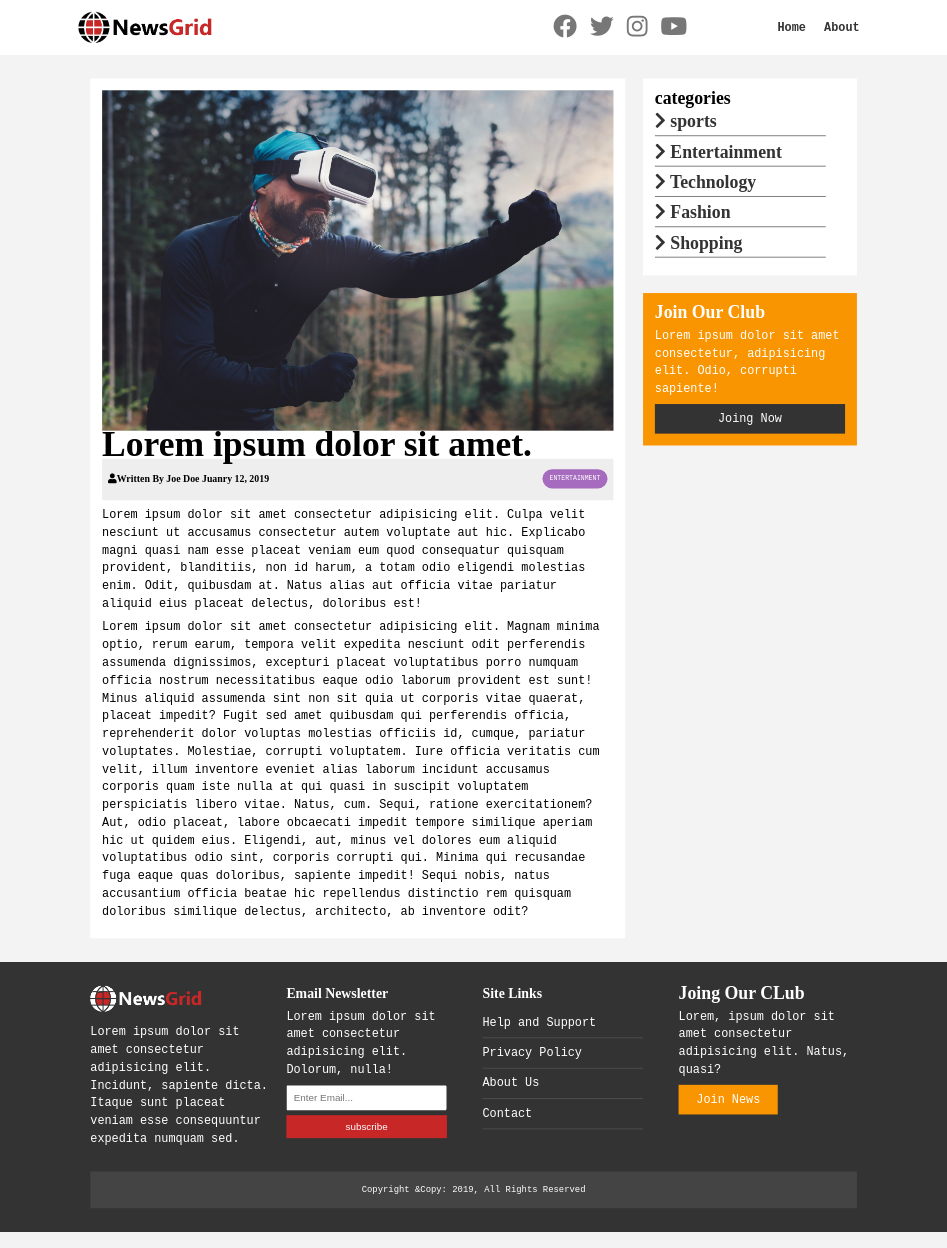
Repository: EswinGiova/NewsGrid
Page: article.html
An editor plug-in stored every save of this project. The page is shown before and after the next save, followed by the edit.
The browser window is 1280 px wide. The pictures show the whole page, at 74% of full size.
Some web libraries are served in a nearby version.

Above is the page before, as saved 2020-09-21 17:48:12.

After the next save:
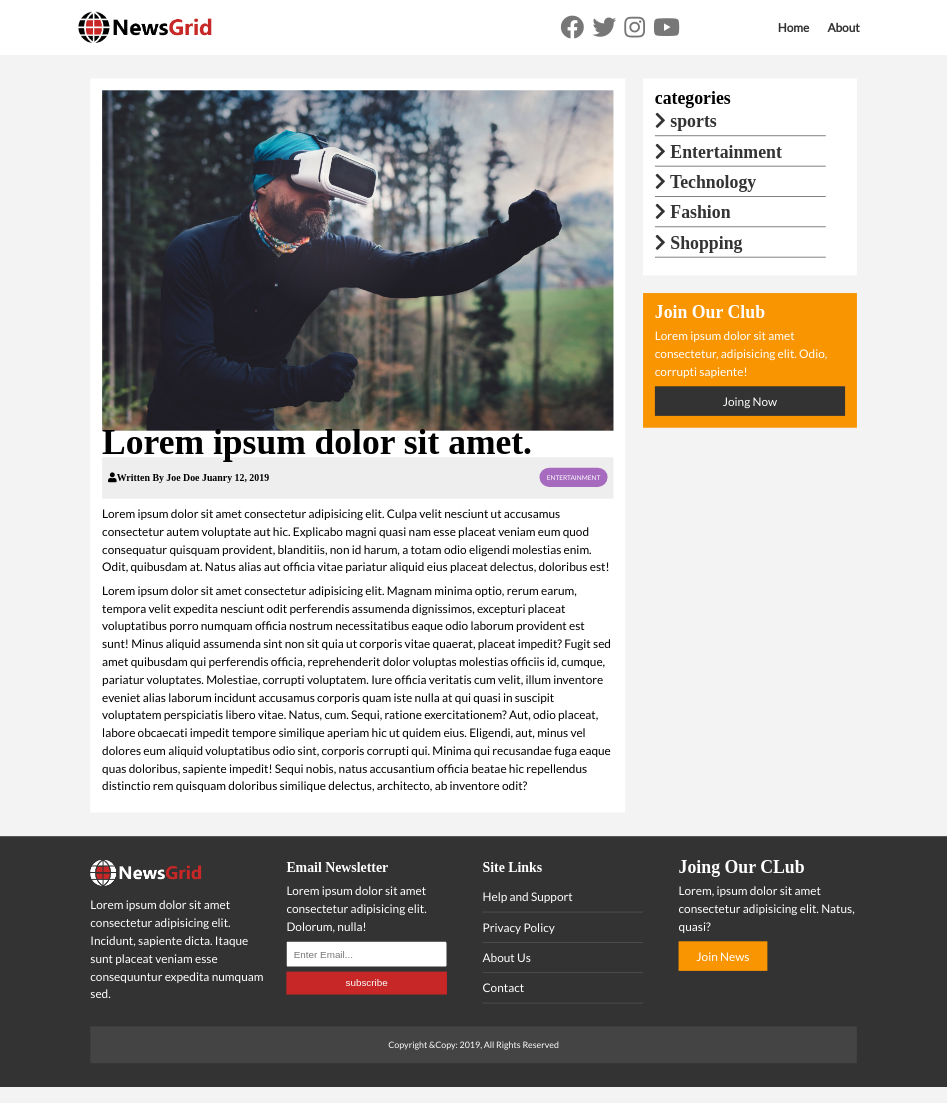
Saved 16 s later.
--- a/css/style.css
+++ b/css/style.css
@@ -17,7 +17,7 @@
   box-sizing: border-box;
 }
 body {
-  font-family: 'Courier New', Courier, monospace;
+  font-family: 'Lato', sans-serif;
   line-height: 1.5;
   background: var(--light-color);
 }
